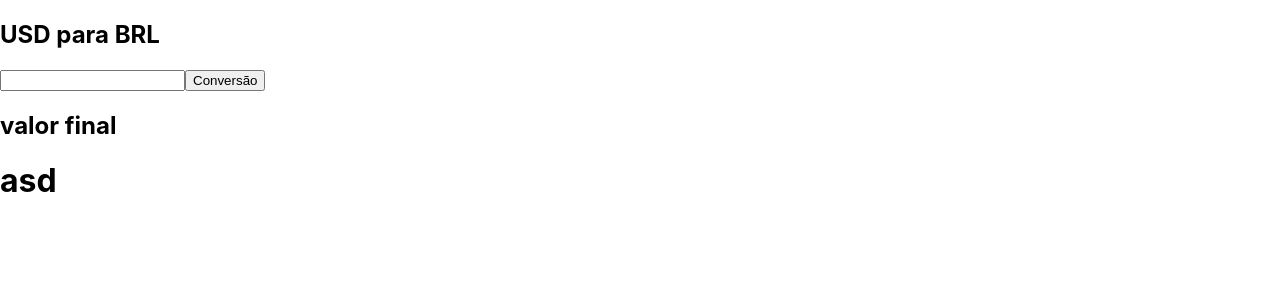
Repository: DeanLemosXD/Currency-converter
Page: /
These files come from the project's save history. The page is drawn as it stood at one moment and after the next save; the edit follows.
The browser window is 1280 px wide. The pictures show the whole page.
The project was rebuilt for these pictures with package versions that can differ from the ones it lists, and the page was loaded fresh each time. Also part of the build but not shown: src/App.css.

Above is the page before, as saved 2021-10-19 13:53:04.

After the next save:
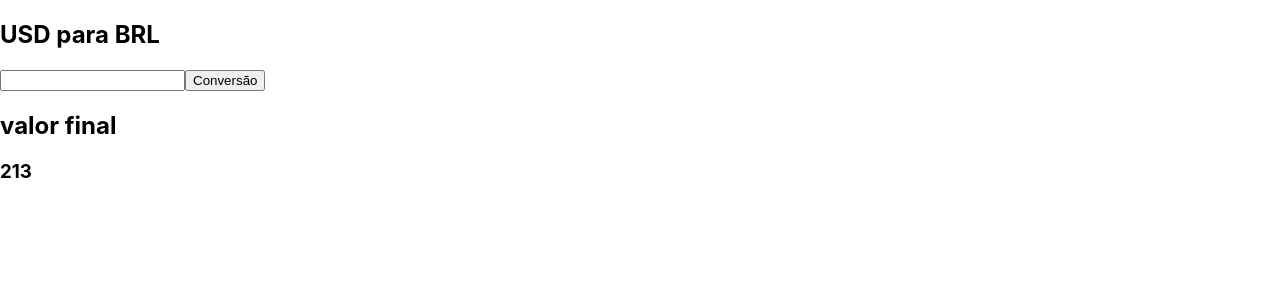
Saved 12 s later.
--- a/src/components/Conversor.js
+++ b/src/components/Conversor.js
@@ -36,7 +36,7 @@ export default class Conversor extends Component {
                 <input type="text" onChange={(event)=>{this.setState({moedaA_Valor:event.target.value})}}></input>
                 <input type="button" value="Conversão" onClick={this.converter}></input>
                 <h2>valor final</h2>
-                <h1>asd</h1>
+                <h3>213</h3>
             </div>
         )
     }
